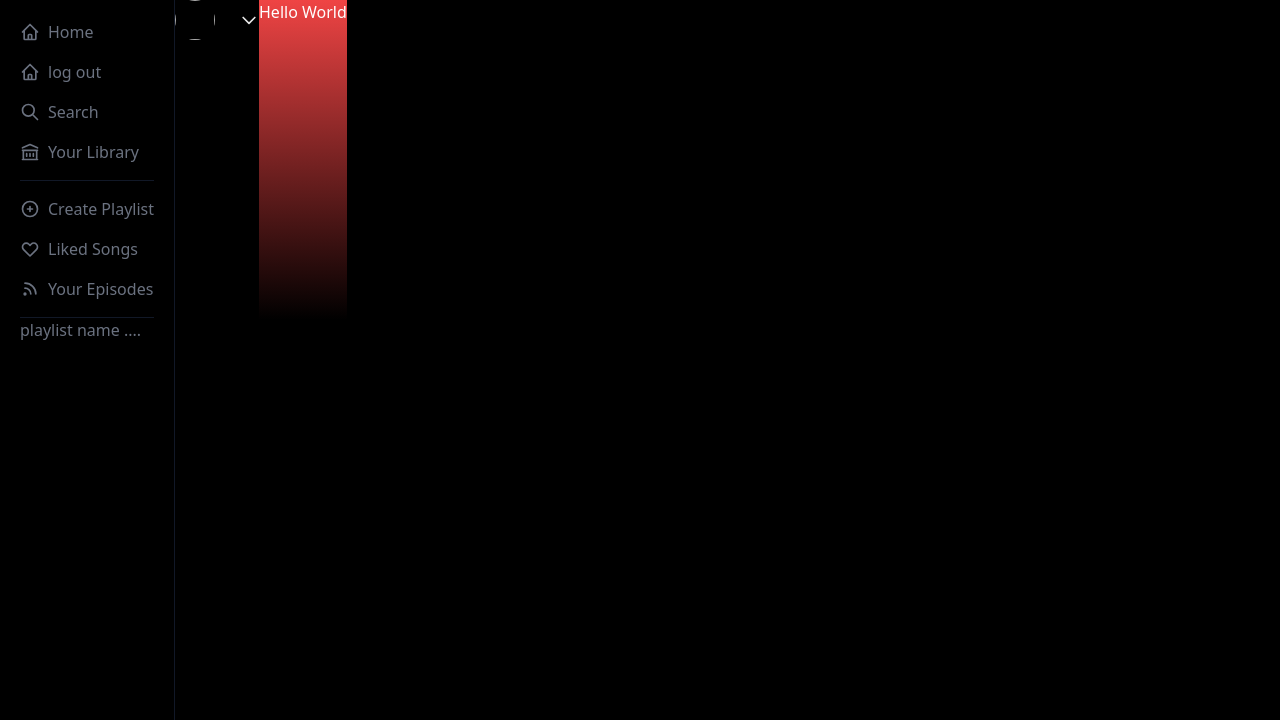
Repository: SehajBindra/Spotify-clone
Page: /
An editor plug-in stored every save of this project. The page is shown before and after the next save, followed by the edit.
The browser window is 1280 px wide. The pictures show the whole page.
The page's requests for data from a server got no answer. The project was rebuilt for these pictures with package versions that can differ from the ones it lists, and the page was loaded fresh each time. The framework's server and built-in components were replaced by stand-ins that run in the browser. No one was signed in, and anything a server would have sent is missing. Also part of the build but not shown: next.config.js, styles/Home.module.css.

Above is the page before, as saved 2022-07-09 18:52:46.

### pages/index.js
import styles from "../styles/Home.module.css";
import Head from "next/head";
import Sidebar from "../components/Sidebar";
import Center from "../components/Center";

export default function Home() {
  return (
    <div>
      <Head>
        <title>Spotify</title>
        <meta name="description" content="Generated by create next app" />
        <link rel="icon" href="/favicon.ico" />
      </Head>
      <div className="bg-black h-screen overflow-hidden">
        <main className=" flex ">
          <Sidebar />
          <Center />
        </main>

        <div>{/* footer */}</div>
      </div>
    </div>
  );
}

### components/Sidebar.js
import React from "react";
import {
  HeartIcon,
  HomeIcon,
  LibraryIcon,
  PlusCircleIcon,
  RssIcon,
  SearchIcon,
} from "@heroicons/react/outline";

import { signOut, useSession } from "next-auth/react";

function Sidebar() {
  const { data: session, status } = useSession();
  console.log(session);
  return (
    <div className=" text-gray-500 p-5  border-r  border-gray-900 overflow-y-scroll scrollbar-hide h-screen ">
      <div className=" space-y-4">
        {" "}
        <button className="flex items-center space-x-2 hover:text-white">
          <HomeIcon className="h-5 w-5" />
          <p>Home</p>
        </button>
        <button
          onClick={() => signOut()}
          className="flex items-center space-x-2 hover:text-white"
        >
          <HomeIcon className="h-5 w-5" />
          <p>log out</p>
        </button>
        <button className="flex items-center space-x-2 hover:text-white">
          <SearchIcon className="h-5 w-5" />
          <p>Search</p>
        </button>
        <button className="flex items-center space-x-2 hover:text-white">
          <LibraryIcon className="h-5 w-5" />
          <p>Your Library</p>
        </button>
        <hr className=" border-t [0.1px] border-gray-900" />
        <button className="flex items-center space-x-2 hover:text-white">
          <PlusCircleIcon className="h-5 w-5" />
          <p>Create Playlist</p>
        </button>
        <button className="flex items-center space-x-2 hover:text-white">
          <HeartIcon className="h-5 w-5" />
          <p>Liked Songs</p>
        </button>
        <button className="flex items-center space-x-2 hover:text-white">
          <RssIcon className="h-5 w-5" />
          <p>Your Episodes</p>
        </button>
        <hr className=" border-t [0.1px] border-gray-900" />
      </div>

      {/* playlists */}

      <p className=" cursor-pointer hover:text-white"> playlist name ....</p>
    </div>
  );
}

export default Sidebar;

### components/Center.js
import { ChevronDownIcon } from "@heroicons/react/outline";
import { useSession } from "next-auth/react";
import React from "react";

function Center() {
  const { data: session } = useSession();
  return (
    <div className=" flex flex-grow text-white">
      <header>
        <div className="flex items-center bg-black space-x-3 opacity-90 hover:opacity-80">
          <img
            className=" rounded-full w-10 h-10"
            src={session?.user.image}
            alt=""
          />
          <h2> {session?.user.name}</h2>
          <ChevronDownIcon className="h-5 w-5" />
        </div>
      </header>

      <section className="{`flex items-end space-x-7 bg-gradient-to-b to-black from-red-500 h-80 text-white p-8}">
        {" "}
        <h1> Hello World</h1>{" "}
      </section>
    </div>
  );
}

export default Center;

Loaded but not shown: pages/_app.js (common file); styles/globals.css (common file); tailwind.config.js (common file)

After the next save:
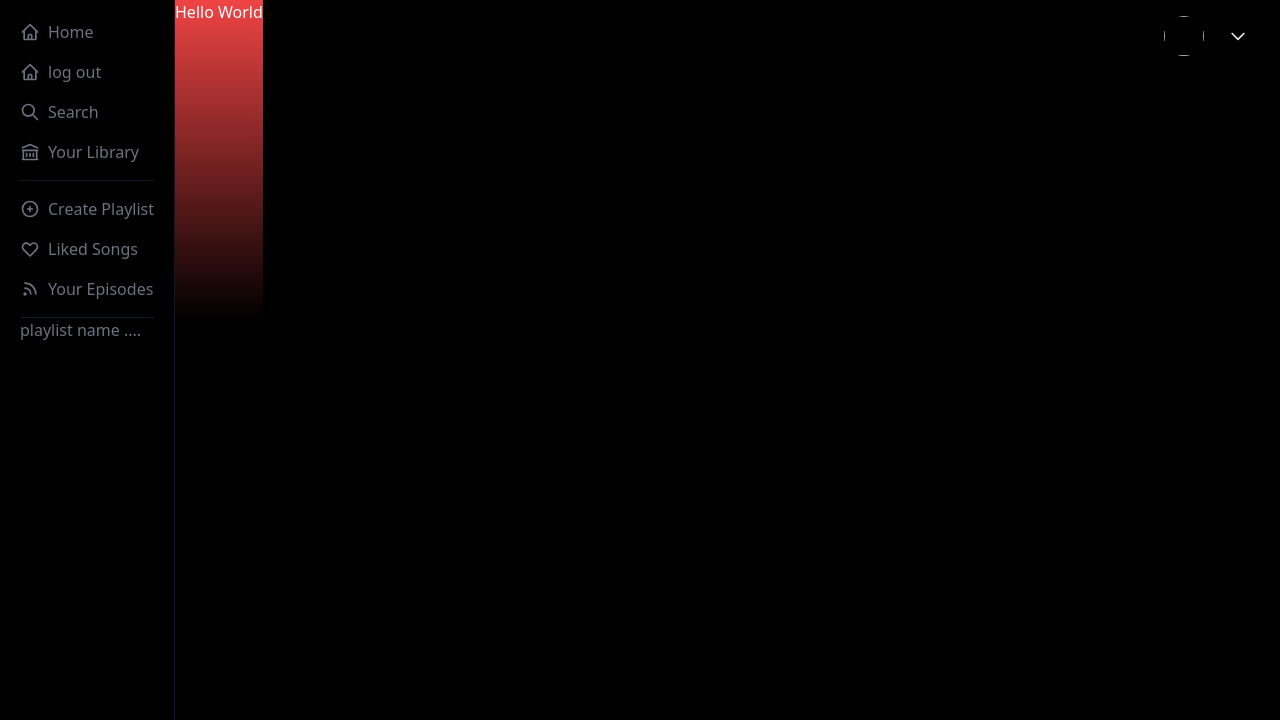
Saved 26 s later.
--- a/components/Center.js
+++ b/components/Center.js
@@ -6,7 +6,7 @@ function Center() {
   const { data: session } = useSession();
   return (
     <div className=" flex flex-grow text-white">
-      <header>
+      <header className="absolute top-4 right-8">
         <div className="flex items-center bg-black space-x-3 opacity-90 hover:opacity-80">
           <img
             className=" rounded-full w-10 h-10"
